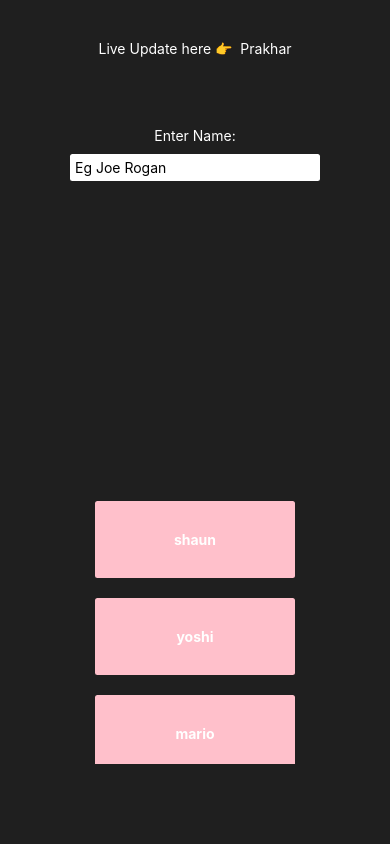
Repository: PrakharGupta36/TodoApp-React-Native
Screen: /
These files come from the project's save history. The screen is drawn as it stood at one moment and after the next save; the edit follows.
The app was drawn by React Native's web renderer in a window 390 px wide. The project was rebuilt for these pictures with package versions that can differ from the ones it lists, and the page was loaded fresh each time.

Above is the screen before, as saved 2022-03-16 12:09:29.

After the next save:
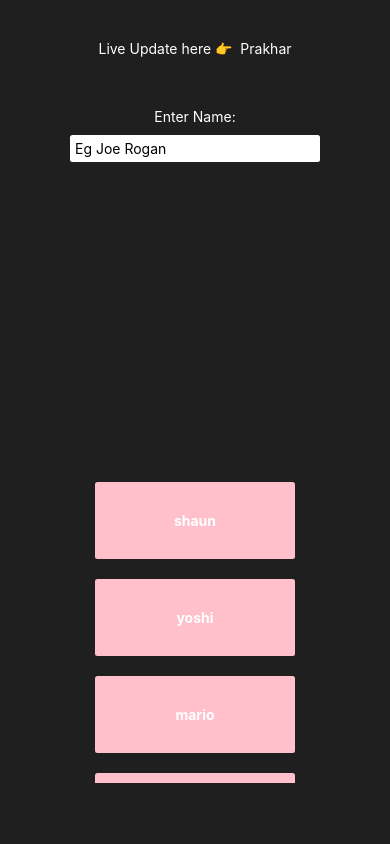
Saved 60 s later.
--- a/App.js
+++ b/App.js
@@ -78,7 +78,7 @@
     backgroundColor: "#1f1f1f",
     paddingTop: 30,
     paddingBottom: 30,
-    margin: 20,
+    margin: 1,
   },
   input: {
     backgroundColor: "white",
